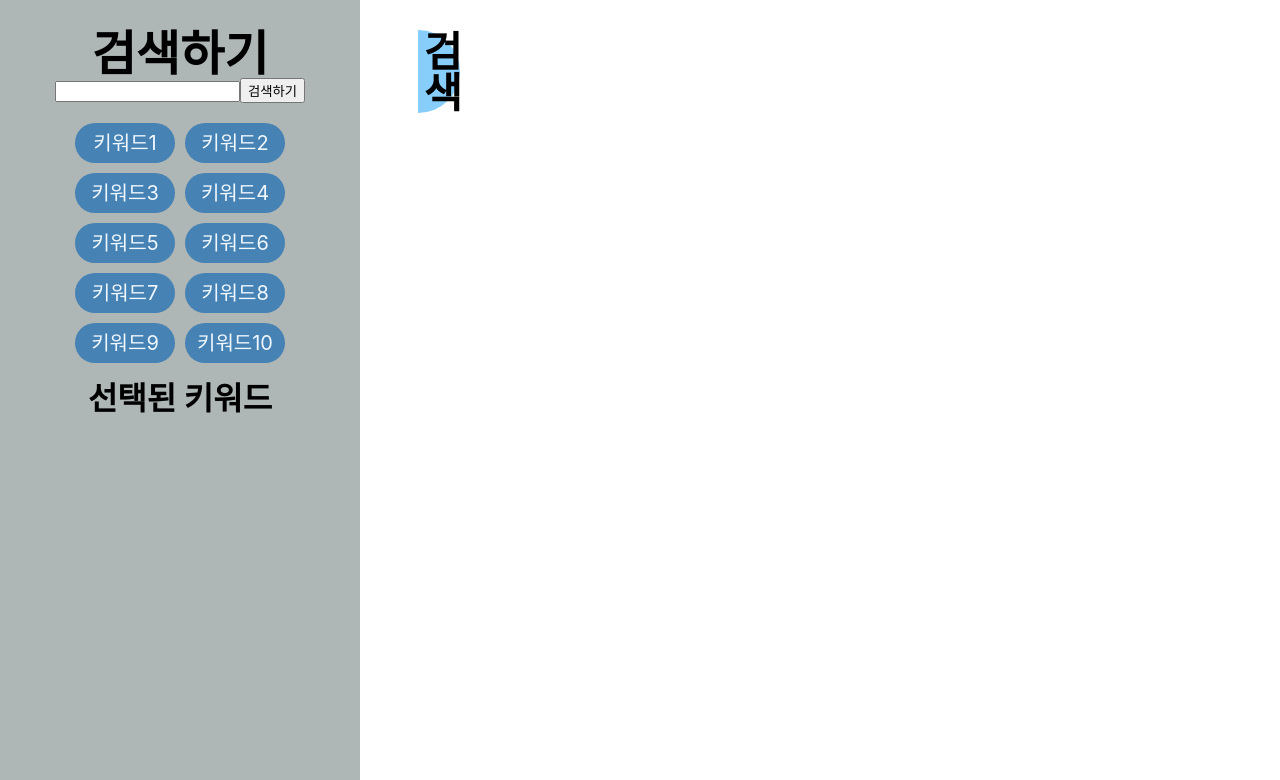
Repository: sunoo-lee/Star-Explore
Page: /
The author's editor kept a copy of each file at every save. The page is drawn from the files as they stood at one save, then again after the next save.
The browser window is 1280 px wide. The pictures show the whole page.
The project was rebuilt for these pictures with package versions that can differ from the ones it lists, and the page was loaded fresh each time.

Above is the page before, as saved 2022-10-14 04:48:36.

After the next save:
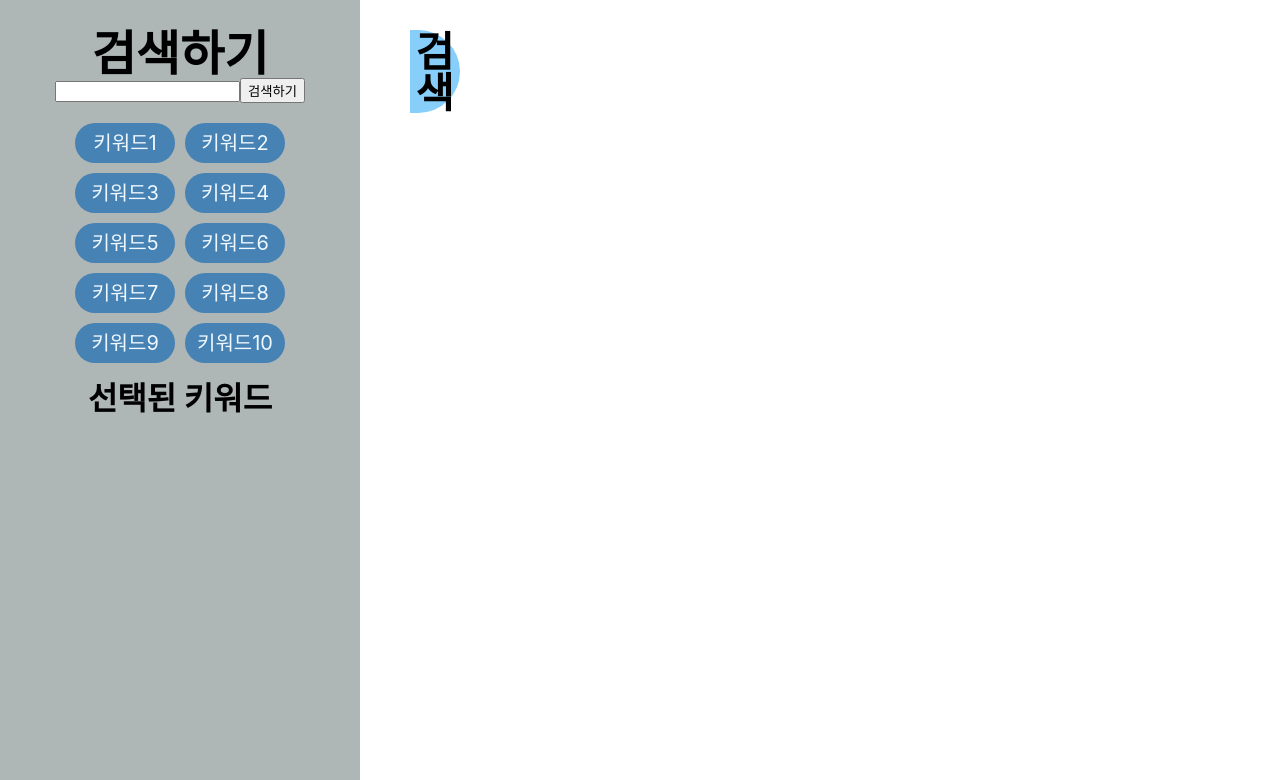
Saved 10 s later.
--- a/src/Style.css
+++ b/src/Style.css
@@ -69,6 +69,7 @@ h2 {
 .nav .nav_toggle {
   position: absolute;
   right: -100px;
+  width: 50px;
   font-size: 2.6rem;
   font-weight: 700;
   writing-mode: vertical-lr;
